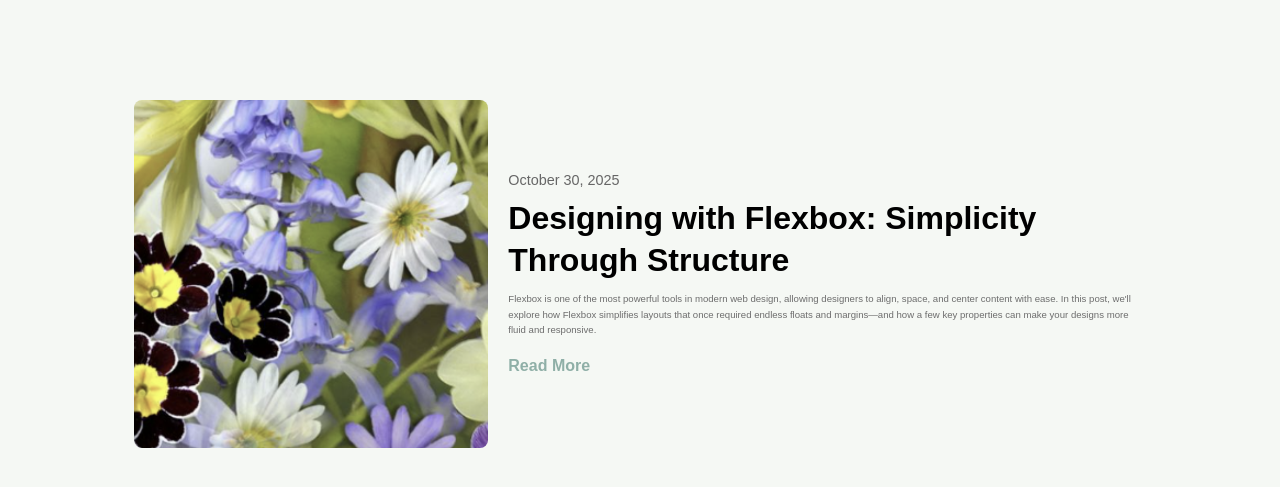
Repository: Brittany-Westlund/WebDesign
Page: Assignment4/flexbox.html
These files come from the project's save history. The page is drawn as it stood at one moment and after the next save; the edit follows.
The browser window is 1280 px wide. The pictures show the whole page.

Above is the page before, as saved 2025-10-30 18:06:17.

### Assignment4/flexbox.html
<!DOCTYPE html>
<html lang="en">
<head>
    <meta charset="UTF-8">
    <title>Flexbox Layout</title>
    <link rel="stylesheet" href="style/style.css">
</head>

<body>

<div class="blog-preview">

    <img src="images/wildflowers-square.png" alt="A closeup of wildflowers.">

    <div class="blog-text">
        <p class="date">October 30, 2025</p>

        <h2 class="post-title">Designing with Flexbox: Simplicity Through Structure</h2>

        <p class="post-preview">
        Flexbox is one of the most powerful tools in modern web design, allowing designers to align, space, and center content
        with ease. In this post, we'll explore how Flexbox simplifies layouts that once required endless floats and margins—and
        how a few key properties can make your designs more fluid and responsive.
        </p>

        <a href="blog-post.html" class="read-more">Read More</a>
    </div>
</div>










</body>
</html>

### Assignment4/style/style.css
body {
  background-color: #f5f8f4; /* a light sage-green tone */
}

.blog-preview {
  display: flex; /* activates Flexbox */
  flex-direction: row; /* aligns items in a row (default, but explicit is good) */
  align-items: center; /* vertically centers items within the row */
  gap: 20px; /* adds space between items */

  max-width: 80%; /* controls total width of the content block */
  margin: 80px auto; /* centers on page with top/bottom space */
  padding: 20px 40px; /* adds subtle inner space from edges */
}

.blog-preview img {
  width: 35%;      /* image takes up 45% of the total width of .blog-preview */
  height: auto;    /* keeps proportions correct */
  border-radius: 8px; /* optional, softens corners */
}


.blog-text {
  display: flex;
  flex-direction: column; /* stacks each text element vertically */
  gap: 10px; /* adds consistent space between elements */
}


.date {
  font-family: Arial, Helvetica, sans-serif;
  font-size: 0.9rem;
  color: #666;
  margin: 0;
}

.post-title {
  font-family: Arial, Helvetica, sans-serif;
  font-size: 2rem;
  font-weight: 600;
  line-height: 1.3;
  margin: 0;
}

.post-preview {
  font-family: Arial, Helvetica, sans-serif;
  font-size: 0.6rem;
  color: #6d6d6d;
  line-height: 1.6;
  margin: 0;
}

.read-more {
  font-family: Arial, Helvetica, sans-serif;
  text-decoration: none;
  font-weight: bold;
  color: #8fafa7;
  margin-top: 10px;
}

After the next save:
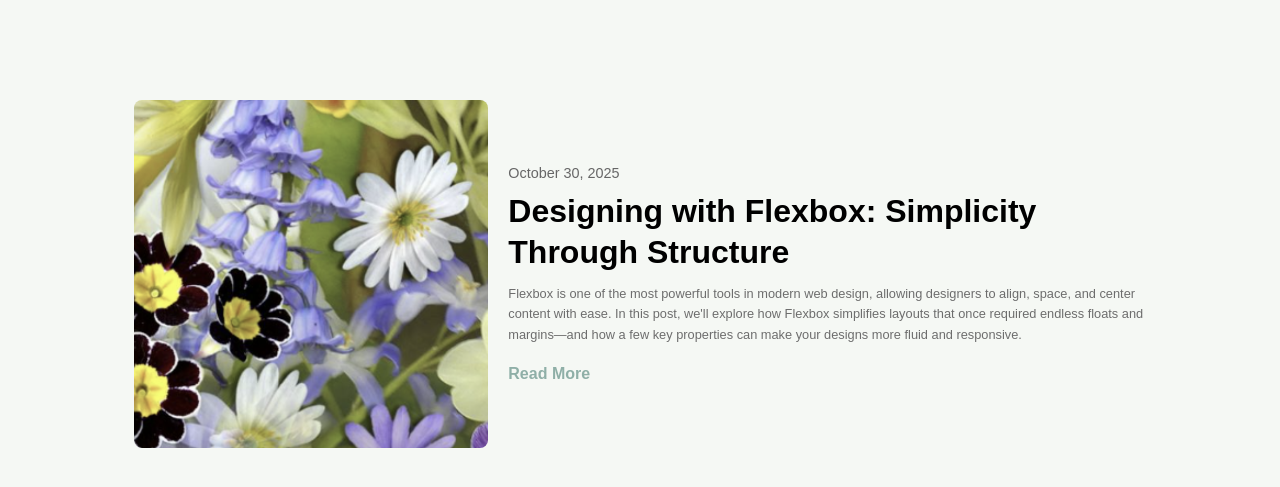
Saved 11 s later.
--- a/Assignment4/style/style.css
+++ b/Assignment4/style/style.css
@@ -44,7 +44,7 @@ body {
 
 .post-preview {
   font-family: Arial, Helvetica, sans-serif;
-  font-size: 0.6rem;
+  font-size: 0.8rem;
   color: #6d6d6d;
   line-height: 1.6;
   margin: 0;
